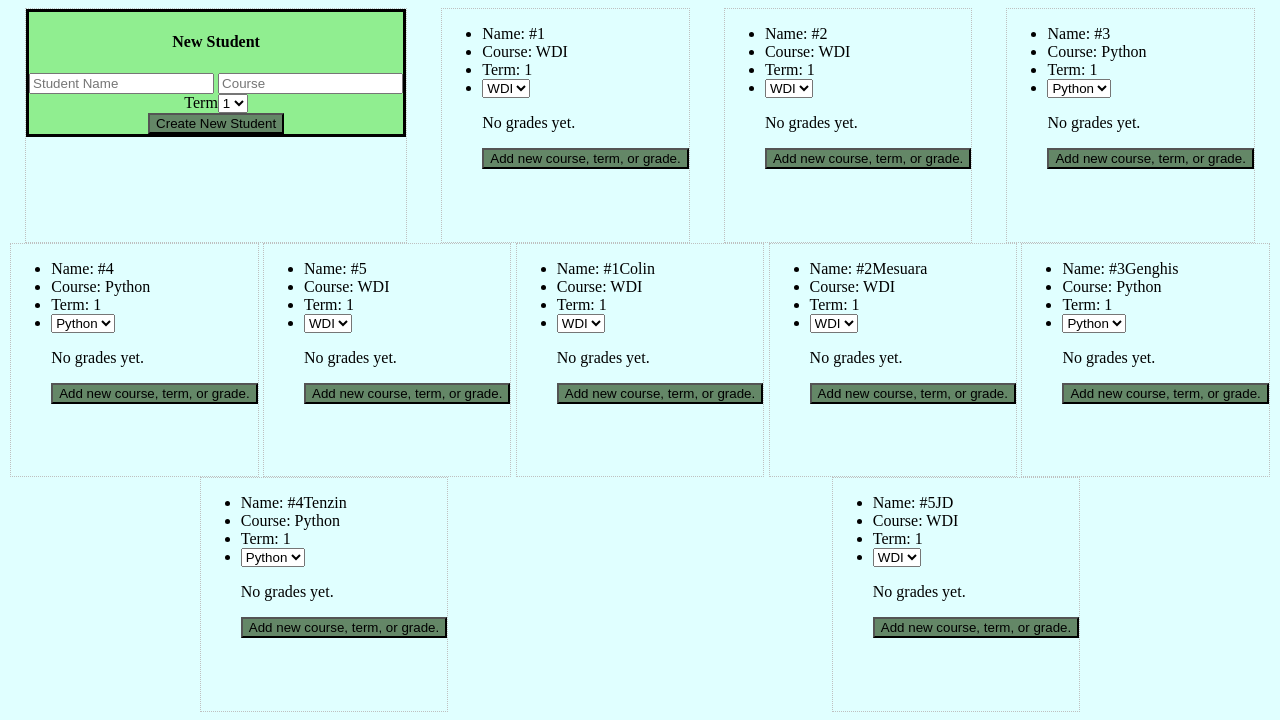
Repository: EdmontDantes/graderaide-ui
Page: index.html
These files come from the project's save history. The page is drawn as it stood at one moment and after the next save; the edit follows.
The browser window is 1280 px wide. The pictures show the whole page.

Above is the page before, as saved 2020-04-21 14:53:37.

### index.html
<html lang="en">
  <head>
    <title>Graderaide</title>
    <meta charset="UTF-8">
    <meta name="viewport" content="width=device-width, initial-scale=1">
    <link rel="stylesheet" type="text/css" href="style.css">
  </head>

  <body>
    <section class="app">
      <section class="student-display">

      <section class="new-student-input">
        <h1 id="text-h1-creation-section">New Student</h1>

        <div id="new-student-input-boxes">
          <!-- <label for="new-student-name">Student Name</label> -->
          <input id="new-student-name-input-box"type="text" class="new-student-name" name="new-student-name" placeholder="Student Name">
          <!-- <label for="new-student-course">Course</label> -->
          <input id="new-student-course-input-box" type="text" class="new-student-course" name="new-student-course" placeholder="Course">
        </div>

        <div id="new-student-input-options"
          <label for="new-student-term">Term</label>
          <select class="new-student-term" name="new-student-term">
            <option value="1">1</option>
            <option value="2">2</option>
            <option value="3">3</option>
          </select>
        </div>
        <section class="new-student-submit">
          <button type="submit" class="new-student-button">Create New Student</button>
        </section>
      </section>
    </section>

      <section class="student-display">
        <ul class="student-info">
          <li>Name: #1</li>
          <li>Course: WDI</li>
          <li>Term: 1</li>
          <li>
            <select class="course-selection">
              <option value="wdi">WDI</option>
            </select>
            <p>No grades yet.</p>
          </li><button>Add new course, term, or grade.</button>
        </ul>
      </section>
      <section class="student-display">
        <ul class="student-info">
          <li>Name: #2</li>
          <li>Course: WDI</li>
          <li>Term: 1</li>
          <li>
            <select class="course-selection">
              <option value="wdi">WDI</option>
            </select>
            <p>No grades yet.</p>
          </li><button>Add new course, term, or grade.</button>
        </ul>
      </section>

      <section class="student-display">
        <ul class="student-info">
          <li>Name: #3</li>
          <li>Course: Python</li>
          <li>Term: 1</li>
          <li>
            <select class="course-selection">
              <option value="python">Python</option>
            </select>
            <p>No grades yet.</p>
          </li><button>Add new course, term, or grade.</button>
        </ul>
      </section>

      <section class="student-display">
        <ul class="student-info">
          <li>Name: #4</li>
          <li>Course: Python</li>
          <li>Term: 1</li>
          <li>
            <select class="course-selection">
              <option value="python">Python</option>
            </select>
            <p>No grades yet.</p>
          </li><button>Add new course, term, or grade.</button>
        </ul>
      </section>

      <section class="student-display">
        <ul class="student-info">
          <li>Name: #5</li>
          <li>Course: WDI</li>
          <li>Term: 1</li>
          <li>
            <select class="course-selection">
              <option value="wdi">WDI</option>
            </select>
            <p>No grades yet.</p>
          </li><button>Add new course, term, or grade.</button>
        </ul>
      </section>

      <section class="student-display">
        <ul class="student-info">
          <li>Name: #1Colin</li>
          <li>Course: WDI</li>
          <li>Term: 1</li>
          <li>
            <select class="course-selection">
              <option value="wdi">WDI</option>
            </select>
            <p>No grades yet.</p>
          </li><button>Add new course, term, or grade.</button>
        </ul>
      </section>
      <section class="student-display">
        <ul class="student-info">
          <li>Name: #2Mesuara</li>
          <li>Course: WDI</li>
          <li>Term: 1</li>
          <li>
            <select class="course-selection">
              <option value="wdi">WDI</option>
            </select>
            <p>No grades yet.</p>
          </li><button>Add new course, term, or grade.</button>
        </ul>
      </section>

      <section class="student-display">
        <ul class="student-info">
          <li>Name: #3Genghis</li>
          <li>Course: Python</li>
          <li>Term: 1</li>
          <li>
            <select class="course-selection">
              <option value="python">Python</option>
            </select>
            <p>No grades yet.</p>
          </li><button>Add new course, term, or grade.</button>
        </ul>
      </section>

      <section class="student-display">
        <ul class="student-info">
          <li>Name: #4Tenzin</li>
          <li>Course: Python</li>
          <li>Term: 1</li>
          <li>
            <select class="course-selection">
              <option value="python">Python</option>
            </select>
            <p>No grades yet.</p>
          </li><button>Add new course, term, or grade.</button>
        </ul>
      </section>

      <section class="student-display">
        <ul class="student-info">
          <li>Name: #5JD</li>
          <li>Course: WDI</li>
          <li>Term: 1</li>
          <li>
            <select class="course-selection">
              <option value="wdi">WDI</option>
            </select>
            <p>No grades yet.</p>
          </li><button>Add new course, term, or grade.</button>
        </ul>
      </section>
      </section>
    </section>
  </body>
</html>

### style.css
@media (min-width: 601px) and (max-width: 1100px);
body {
    background-color: lightcyan;
    display: flex;
    flex-wrap: wrap;
    justify-content: center;
}

.app {
    display: flex;
    flex-direction: row;
    flex-wrap: wrap;
    justify-content: space-around;
}

#text-h1-creation-section {
    display: flex;
    flex-wrap: wrap;
    justify-content: center;
}

#new-student-input-options {
    display: flex;
    flex-wrap: wrap;
    justify-content: center;
}

.new-student-submit {
    display: flex;
    flex-wrap: wrap;
    justify-content: center;
}

.new-student-input {
    display: grid;

    background-color: lightgreen;
    border: 3px solid black;

}
button {
    background-color: #648767 ;
    font-;
}

.student-display {
    border: 1px dotted #BFC0C0;
}

After the next save:
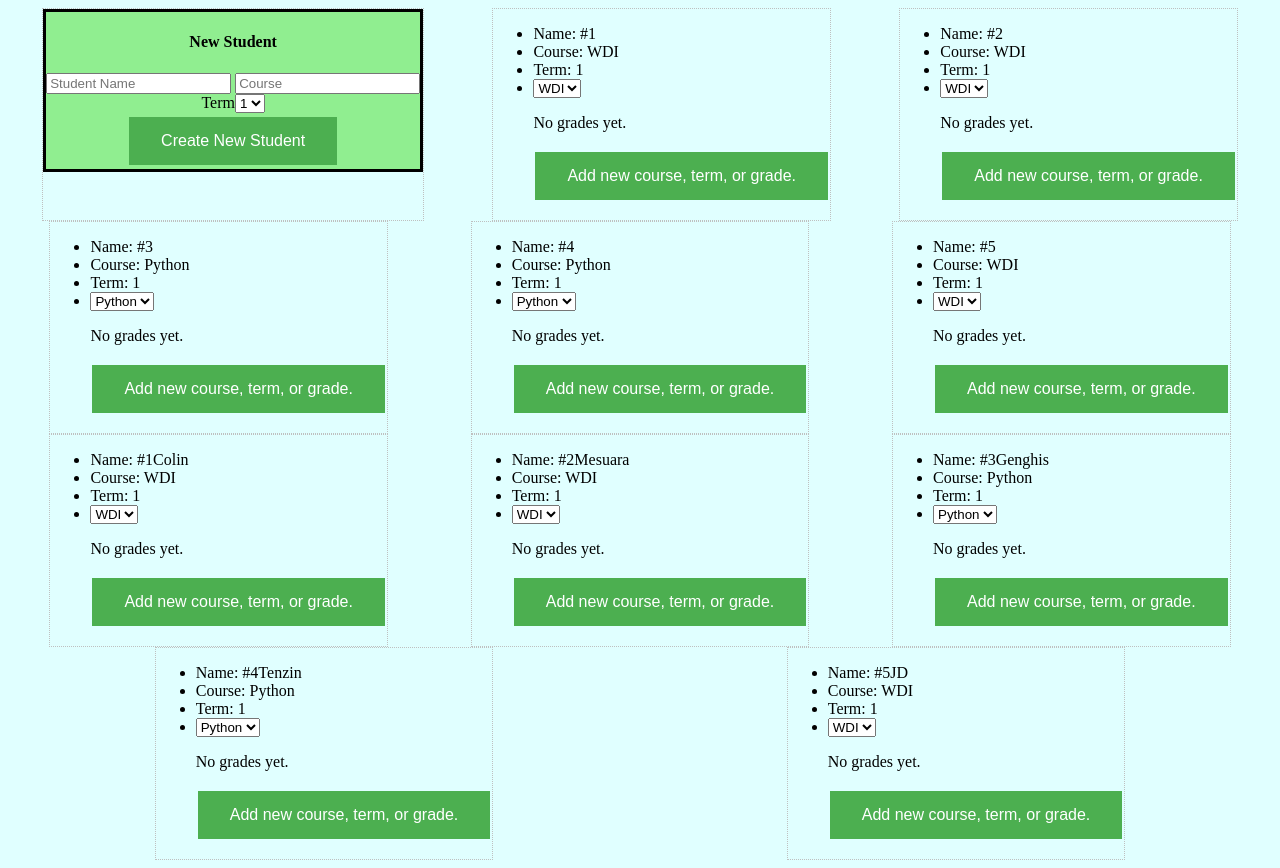
Saved 6 min 8 s later.
--- a/style.css
+++ b/style.css
@@ -39,8 +39,16 @@ body {
 
 }
 button {
-    background-color: #648767 ;
-    font-;
+    background-color: #4CAF50; /* Green */
+    border: none;
+    color: white;
+    padding: 15px 32px;
+    text-align: center;
+    text-decoration: none;
+    display: inline-block;
+    font-size: 16px;
+    margin: 4px 2px;
+    cursor: pointer;
 }
 
 .student-display {
